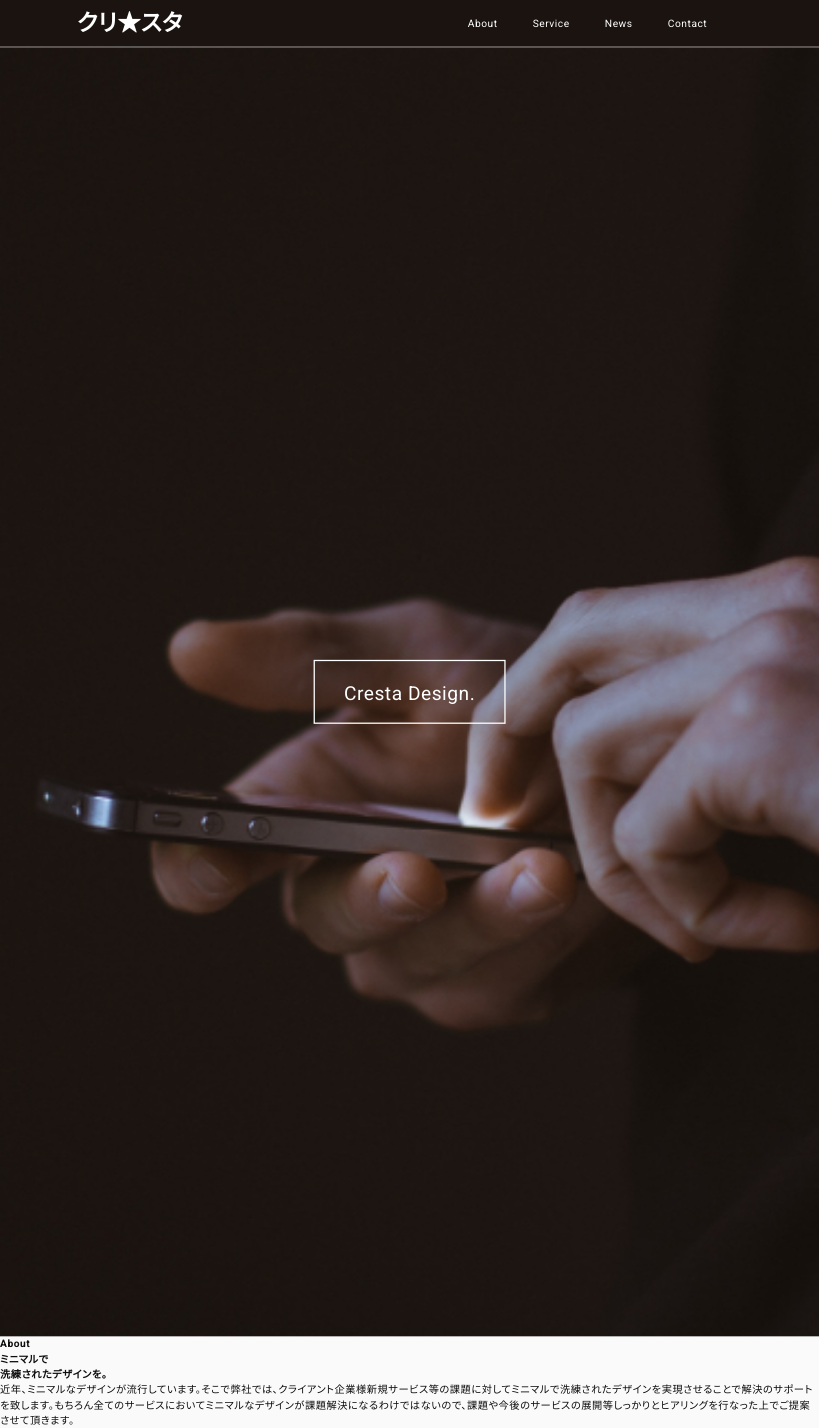
Repository: hatarakimono-kumasan/kurisuta_1st
Page: index.html
An editor plug-in stored every save of this project. The page is shown before and after the next save, followed by the edit.
The browser window is 1280 px wide. The pictures show the whole page, at 64% of full size.
Some web libraries are served in a nearby version. The style sheet was rebuilt from its Sass, Less or Tailwind sources for each picture, by a compiler version that may differ from the author's.

Above is the page before, as saved 2020-05-15 04:27:02.

### index.html
<!DOCTYPE html>
<html lang="en">
	<head>
		<meta charset="UTF-8" />
		<meta name="viewport" content="width=device-width, initial-scale=1.0" />
		<meta http-equiv="X-UA-Compatible" content="ie=edge" />
		<title>Cresta.design</title>
		<meta name="keywords" content="カンマ区切りで10個以内推奨" />
		<meta name="description" content="120文字以内" />
		<meta property="og:title" content="このページのタイトル" />
		<meta property="og:type" content="TOPページはwebsite、子ページはarticle" />
		<meta property="og:url" content="このページのURL" />
		<meta property="og:image" content="1200×630以上推奨、絶対パスで指定" />
		<meta property="og:site_name" content="サイト名" />
		<meta property="og:description" content="80〜90文字推奨" />
		<meta name="twitter:card" content="summary or summary_large_image" />
		<meta name="twitter:site" content="@ユーザー名" />
		<meta name="format-detection" content="telephone=no" />
		<!-- <link rel="shortcut icon" sizes="16x16" href="ファビコン" />
		<link rel="apple-touch-icon" sizes="192x192" href="タッチアイコン" />
		<link rel="shortcut icon" sizes="192x192" href="タッチアイコン" /> -->
		<meta name="last-modified" content="Sun, 29 Dec 2019 20:30:30 GMT" />
		<link
			href="https://use.fontawesome.com/releases/v5.6.1/css/all.css"
			rel="stylesheet"
		/>
		<link rel="stylesheet" href="style.css" />
		<script
			src="https://code.jquery.com/jquery-3.4.1.min.js"
			integrity="sha256-CSXorXvZcTkaix6Yvo6HppcZGetbYMGWSFlBw8HfCJo="
			crossorigin="anonymous"
		></script>
	</head>
	<body>
		<!-- header -->
		<header class="header">
			<h1 class="site-title"><a href="./">クリ★スタ</a></h1>
			<div class="nav-wrapper">
				<nav class="header-nav">
					<ul class="nav-list">
						<li class="nav-item"><a href="#about">About</a></li>
						<li class="nav-item"><a href="#service">Service</a></li>
						<li class="nav-item"><a href="#news">News</a></li>
						<li class="nav-item"><a href="#contact">Contact</a></li>
					</ul>
				</nav>
			</div>
			<button class="burger-btn">
				<span class="bars">
					<span class="bar bar_top"></span>
					<span class="bar bar_mid"></span>
					<span class="bar bar_bottom"></span>
				</span>
			</button>
		</header>
		<!-- //header -->

		<!--first view-->
		<div class="first_view">
			<img src="img/fv-bgi_sp@2x.jpg" alt="サイトイメージ" />
			<p>Cresta Design.</p>
		</div>
		<!--//first view-->

		<main>
			<section class="about" id="about">
				<h2>About</h2>
				<h3>
					ミニマルで<br />
					洗練されたデザインを。
				</h3>
				<p>
					近年、ミニマルなデザインが流行しています。そこで弊社では、クライアント企業様新規サービス等の課題に対してミニマルで洗練されたデザインを実現させることで解決のサポートを致します。もちろん全てのサービスにおいてミニマルなデザインが課題解決になるわけではないので、課題や今後のサービスの展開等しっかりとヒアリングを行なった上でご提案させて頂きます。
				</p>
			</section>
		</main>
		<script src="drawer.js"></script>
	</body>
</html>

### drawer.js
$(".burger-btn").on("click", function () {
	//.btn_triggerをクリックすると
	$(".burger-btn").toggleClass("close"); //.btn_triggerにcloseクラスを付与(ボタンのアニメーション)
	$(".nav-wrapper").fadeToggle(500); //.nav-wrapperが0.5秒でフェードイン(メニューのフェードイン)
	$("body").toggleClass("noscroll"); //bodyにnoscrollクラスを付与(スクロールを固定)
});

if ($(window).width() < 768) {
	//デバイスの幅が768以下のとき
	$(".nav-item>a").on("click", function () {
		//.nav-item>aをクリックすると
		$(".nav-wrapper").fadeOut(500); //.nav-wrapperが0.5秒でフェードアウト(メニューのフェードアウト)
		$(".burger-btn").removeClass("close"); //.btn_triggerのcloseクラスを削除
		$("body").removeClass("noscroll"); //bodyのnoscrollクラスを削除
	});
}

### style.scss
/* ======================================
 Foundation
====================================== */

@import "scss/foundation/settings";
@import "scss/foundation/mixin";
@import "scss/foundation/reset";
@import "scss/foundation/base";

/* ======================================
 Layout
====================================== */

@import "scss/layout/header";
// @import 'layout/nav';
@import "scss/layout/main";
// @import 'layout/footer';

/* ======================================
 Object
====================================== */

/**
 Component
----------------------------------- */

// @import 'object/component/';

/**
 Project
----------------------------------- */

// @import 'object/project/';

/**
 Utility
----------------------------------- */
// @import 'object/utility/';

### scss/foundation/_settings.scss
//remで指定する時もpx指定する時と同じ感覚で書ける用
html {
	font-size: 62.5%;
}

### scss/foundation/_mixin.scss
// --------------------------------------------------------
//  mixin (mobile to pc)
// --------------------------------------------------------

$tab: 768px;
$lap: 1024px;
$pc: 1200px;

@mixin tab {
	@media screen and (min-width: ($tab)) {
		@content;
	}
}

@mixin lap {
	@media screen and (min-width: ($lap)) {
		@content;
	}
}

@mixin pc {
	@media screen and (min-width: ($pc)) {
		@content;
	}
}

### scss/foundation/_reset.scss
html,
body,
div,
span,
object,
iframe,
h1,
h2,
h3,
h4,
h5,
h6,
p,
blockquote,
pre,
abbr,
address,
cite,
code,
del,
dfn,
em,
img,
ins,
kbd,
q,
samp,
small,
strong,
sub,
sup,
var,
b,
i,
dl,
dt,
dd,
ol,
ul,
li,
fieldset,
form,
label,
legend,
table,
caption,
tbody,
tfoot,
thead,
tr,
th,
td,
article,
aside,
canvas,
details,
figcaption,
figure,
footer,
header,
hgroup,
menu,
nav,
section,
summary,
time,
mark,
audio,
video {
	margin: 0;
	padding: 0;
	border: 0;
	outline: 0;
	font-size: 100%;
	vertical-align: baseline;
	background: transparent;
}
body {
	line-height: 1;
}
article,
aside,
details,
figcaption,
figure,
footer,
header,
hgroup,
menu,
nav,
section,
main {
	display: block;
}
ol,
ul {
	list-style: none;
}
blockquote,
q {
	quotes: none;
}
blockquote:before,
blockquote:after,
q:before,
q:after {
	content: "";
	content: none;
}
a {
	margin: 0;
	padding: 0;
	font-size: 100%;
	vertical-align: baseline;
	background: transparent;
}
ins {
	background-color: #ff9;
	color: #333;
	text-decoration: none;
}
mark {
	background-color: #ff9;
	color: #333;
	font-style: italic;
	font-weight: bold;
}
del {
	text-decoration: line-through;
}
abbr[title],
dfn[title] {
	border-bottom: 1px dotted;
	cursor: help;
}
table {
	border-collapse: collapse;
	border-spacing: 0;
}
hr {
	display: block;
	height: 1px;
	border: 0;
	border-top: 1px solid #cccccc;
	margin: 1em 0;
	padding: 0;
}
input,
select {
	vertical-align: middle;
}

### scss/foundation/_base.scss
/*
  Base
---------------------------------------------- */
html {
	box-sizing: border-box;
	height: 100%;
}
*,
*:before,
*:after {
	box-sizing: inherit;
}
body {
	line-height: 1.5;
	height: 100%;
	font-feature-settings: "palt";
	color: #0d0d0d;
	background-color: #fafafa;
}
img {
	max-width: 100%;
	height: auto;
	vertical-align: bottom;
}
a {
	color: inherit;
}
input,
textarea {
	font-family: inherit;
	font-size: 100%;
}

/*
font
------------------------------------------*/
@import url("https://fonts.googleapis.com/css2?family=Roboto:wght@400;700&display=swap");
body {
	font-family: Roboto, "Noto Sans JP", 游ゴシック, "Yu Gothic", 游ゴシック体,
		YuGothic, "ヒラギノ角ゴ Pro W3", "Hiragino Kaku Gothic Pro", "Meiryo UI",
		メイリオ, Meiryo, sans-serif;
	font-size: medium;
	letter-spacing: 0.05em;
	word-break: break-all;
}
h1,
h2,
h3,
h4,
h5,
strong {
	font-weight: bold;
}

### scss/layout/_header.scss
// body {
// 	color: #141414;
// 	font-size: 1.4rem;
// 	line-height: 1.8;
// 	letter-spacing: 0.05em;

// 	font-family: "Roboto", sans-serif, "Noto Sans JP", sans-serif;
// }
.noscroll {
	overflow: hidden;
}
/* img {
	width: 100%;
	vertical-align: bottom;
} */
a {
	text-decoration: none;
	color: #fff;
}
// .section-title {
// 	font-size: 3.6rem;
// 	font-weight: bold;
// 	text-align: center;
// 	letter-spacing: 0.05em;
// 	margin-bottom: 70px;
// }
// h3 {
// 	font-size: 2.4rem;
// 	font-weight: bold;
// 	line-height: 2;
// 	letter-spacing: 0.1em;
// 	margin-bottom: 40px;
// }
// .section-wrapper {
// 	padding: 100px 10% 50px;
// }

/* ------------------ */
/* header */
/* ------------------ */
.header {
	background-color: #1b1310;
	color: #fff;
	height: 74px;
	display: flex;
	justify-content: space-between;
	align-items: center;
	padding: 0 120px;
	border-bottom: 1px solid #fff;

	h1 {
		font-size: 36px;
	}
}
.nav-list {
	/* navの横並び */
	display: flex;
}
.nav-item {
	/* メニューの右側に余白 */
	margin-right: 55px;
}
.burger-btn {
	display: none;
}

@media screen and (max-width: 768px) {
	/* ----------------------- */
	/* base_sp
/* ----------------------- */

	// h3 {
	// 	font-size: 2rem;
	// 	margin-bottom: 30px;
	// }
	// .section-wrapper {
	// 	padding: 100px 5% 50px;
	// }
	/* ------------------ */
	/* humberger-menu */
	/* ------------------ */
	.header {
		padding: 0 5%;
	}
	.burger-btn {
		display: block;
		width: 39px;
		height: 39px;
		position: relative;
		z-index: 3;
		/*   codepenの挙動のため */
		background-color: transparent;
		border: none;
	}
	.bar {
		width: 20px;
		height: 1px;
		display: block;
		position: absolute;
		left: 50%;
		transform: translateX(-50%);
		background-color: #fff;
	}
	.bar_top {
		top: 10px;
	}
	.bar_mid {
		top: 50%;
		transform: translate(-50%, -50%);
	}
	.bar_bottom {
		bottom: 10px;
	}
	.burger-btn.close .bar_top {
		transform: translate(-50%, 10px) rotate(45deg);
		transition: transform 0.3s;
	}
	.burger-btn.close .bar_mid {
		opacity: 0;
		transition: opacity 0.3s;
	}
	.burger-btn.close .bar_bottom {
		transform: translate(-50%, -8px) rotate(-45deg);
		transition: transform 0.3s;
	}
	.nav-wrapper {
		display: none;
		width: 100vw;
		height: 100vh;
		position: fixed;
		top: 0;
		left: 0;
		z-index: 2; /*キービジュアルと.btn_triggerとの重なりの前後関係を調整*/
	}
	.header-nav {
		width: 100%;
		height: 100%;
		background-color: #1b1310;
		z-index: 2;
	}
	.header-nav .nav-list {
		display: block;
		position: absolute;
		top: 50%;
		left: 50%;
		transform: translate(-50%, -50%);
		text-align: center;
	}
	.header-nav .nav-item {
		margin-right: 0;
		margin-bottom: 40px;
	}
}

### scss/layout/_main.scss
/*=======================================
first view
=========================================*/
.first_view {
	width: 100%;
	position: relative;

	img {
		min-width: 100%;
	}
	p {
		width: 300px;
		height: 100px;
		border: #fff 2px solid;
		color: #fff;
		position: absolute;
		transform: translateY(-50%);
		font-size: 30px;
		top: 50%;
		left: 50%;
		text-align: center;
		transform: translate(-50%, -50%);
		line-height: 100px;
	}
}

After the next save:
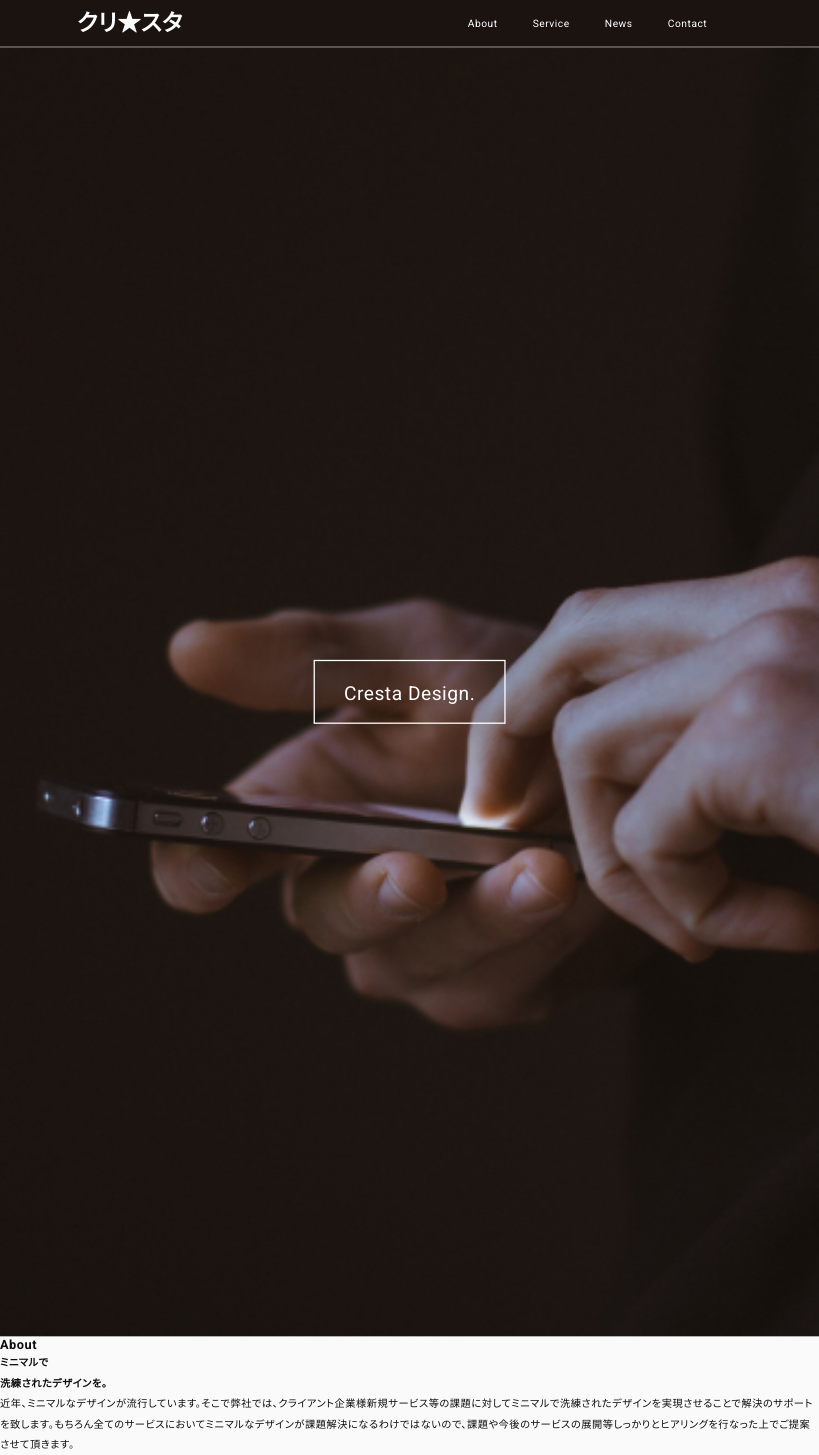
Saved 38 min 31 s later.
--- a/scss/foundation/_base.scss
+++ b/scss/foundation/_base.scss
@@ -11,7 +11,6 @@ html {
 	box-sizing: inherit;
 }
 body {
-	line-height: 1.5;
 	height: 100%;
 	font-feature-settings: "palt";
 	color: #0d0d0d;
@@ -51,3 +50,44 @@ h5,
 strong {
 	font-weight: bold;
 }
+
+/*レスポンシブでのフォントサイズ
+-------------------------------------------------*/
+html {
+	font-size: 62.5%;
+}
+body {
+	font-size: 1.6rem; /* 16px*/
+	line-height: 2;
+}
+h1 {
+	font-size: 36px; /* IE8以下とAndroid4.3以下用フォールバック */
+	font-size: calc(2.4rem + ((1vw - 0.64rem) * 2.1429)); /* 24px~36pxで可変*/
+	line-height: 1.3;
+}
+h2 {
+	font-size: 24px; /* IE8以下とAndroid4.3以下用フォールバック */
+	font-size: calc(2rem + ((1vw - 0.64rem) * 0.7143)); /* 20px~24pxで可変*/
+	line-height: 1.3;
+}
+@media (min-width: ($pc)) {
+	/* 1200px以上*/
+	h1 {
+		font-size: 3.6rem; /* 36px*/
+	}
+	h2 {
+		font-size: 2.4rem; /* 24px*/
+	}
+}
+@media screen and (min-width: ($tab)) {
+	/* 768px以下*/
+	body {
+		line-height: 2;
+	}
+	h1 {
+		font-size: 2.4rem; /* 24px*/
+	}
+	h2 {
+		font-size: 2rem; /* 20px*/
+	}
+}
